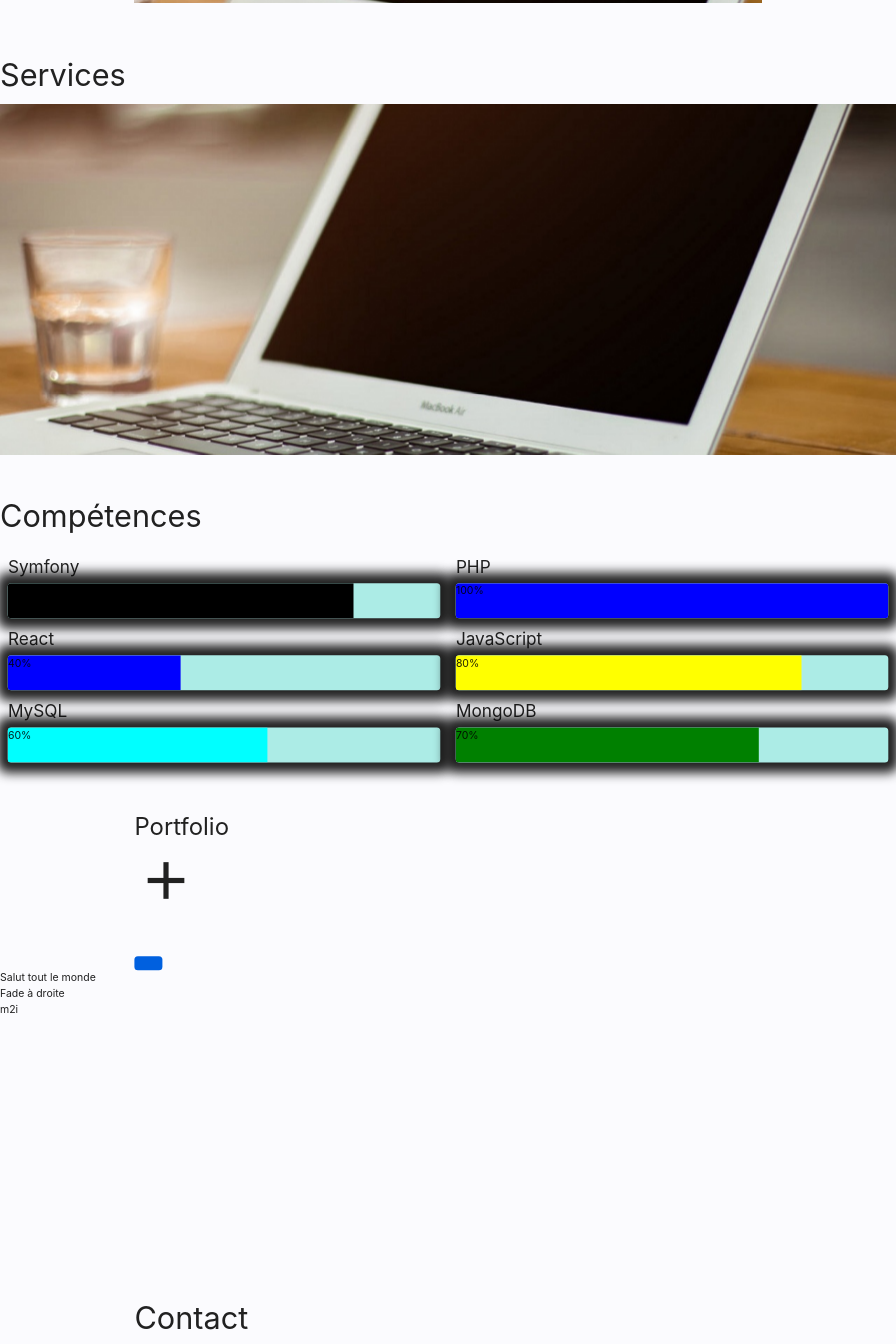
Repository: duncanidaho14/mavitrine
Page: index.html
These files come from the project's save history. The page is drawn as it stood at one moment and after a run of saves; the edit follows.
The browser window is 1280 px wide. The pictures show the part of the page from y = 1233 to 3153 px (the page is 4178 px tall), at 70% of full size.

Above is the page before, as saved 2021-06-15 19:33:16.

### index.html
<!DOCTYPE html>
<html lang="fr">
<head>
    <meta charset="UTF-8">
    <meta http-equiv="X-UA-Compatible" content="IE=edge">
    <meta name="viewport" content="width=device-width, initial-scale=1.0">
    <meta name="description" content="">
    <meta name="theme-color" content="#84db94">
    <!-- Compiled and minified CSS -->
    <link href="https://fonts.googleapis.com/icon?family=Material+Icons" rel="stylesheet">
    <link rel="stylesheet" href="https://cdnjs.cloudflare.com/ajax/libs/materialize/1.0.0/css/materialize.min.css">
    <link href="https://unpkg.com/aos@2.3.1/dist/aos.css" rel="stylesheet">
    <link rel="stylesheet" href="./assets/css/style.css">
    <title>Elhadi BEDDAREM</title>
</head>
<body>
<div class="inc">

    <header class="container-fluid">
        <div class="row">
            <nav class="navbar-fixed">
                <div class="nav-wrapper">
                    <a id="switch" onclick="toggleTheme()" class="waves-effect waves-light btn-large"><i class="material-icons">airplay</i></a>
                    <a href="#!" class="brand-logo">EB<i class="material-icons">cloud</i></a>
                    <ul class="right hide-on-med-and-down">
                        <li><a href="#services" class="sc"><i class="material-icons">search</i></a></li>
                        <li><a href="#competences"><i class="material-icons">view_module</i></a></li>
                        <li><a href="#parcours"><i class="material-icons">refresh</i></a></li>
                        <li><a href="#contact"><i class="material-icons">more_vert</i></a></li>
                    </ul>
                </div>
            </nav>
            <ul class="sidenav" id="mobile-demo">
                <li><a href="#quisuisje">Qui suis-je ?</a></li>
                <li><a href="#mestechno">Mes techno</a></li>
                <li><a href="#parcours">Parcours</a></li>
                <li><a href="#contact">Contact</a></li>
            </ul>
            <ul id="slide-out" class="sidenav">
                <li>
                    <div class="user-view">
                        <div class="background">
                            <img src="/assets/img/mysql.png" class="circle">
                        </div>
                        <a href="#user"><img class="circle" src="/assets/img/git.png"></a>
                        <a href="#name"><span class="black-text name">Elhadi Beddarem</span></a>
                        <a href="#email"><span class="black-text email">elhadibeddarem@gmail.com</span></a>
                    </div>
                </li>
                <li><a href="https://codeintheshell.fr" target="_blank"><i class="material-icons">cloud</i>Autre site : codeintheshell.fr</a></li>
                <li><a href="https://shtex.fr/">Autre site : shtex.fr</a></li>
                <li><a href="http://shtexworld.fr/">Autre site : shtexworld.fr</a></li>
                <li>
                    <div class="divider"></div>
                </li>
                <li><a class="subheader">séparateur</a></li>
                <li><a class="waves-effect" href="./assets/img/cvelhadi.pdf" download="cvelhadi"><i class="material-icons">cloud_download</i> CV Download</a></li>
            </ul>
            <a href="#" data-target="slide-out" class="sidenav-trigger"><i class="material-icons">menu</i></a>
        </div>
    </header>

    <section class="container">
        <article class="row">
            <h1 class="elhadi-title" data-aos="fade-right">Elhadi BEDDAREM</h1>
            <h2 data-aos="fade-left">Concepteur d'Application Web</h2>
            <div class="carousel" data-aos="zoom-in-left">
                <a class="carousel-item" href="#two!"><img src="./assets/img/react.png"></a>
                <a class="carousel-item" href="#one!"><img src="./assets/img/symfony.png"></a>
                <a class="carousel-item" href="#three!"><img src="./assets/img/mysql.png"></a>
                <a class="carousel-item" href="#four!"><img src="./assets/img/git.png"></a>
                <a class="carousel-item" href="#five!"><img src="./assets/img/javascript.png"></a>
            </div>

            <div class="parallax-container" data-aos="zoom-in-left">
                <div class="parallax">
                    <img src="./assets/img/ordinateur-de-bureau-pc.jpg" alt="ordinateur de bureau"/>
                </div>
            </div>
        </article>


    </section>

    <section class="container-fluid">
        <div id="services" class="section scrollspy"></div>
        <article class="row services">
            <h3>Services</h3>
            <div class="parallax-container" data-aos="zoom-in-right">
                <div class="parallax">
                    <img src="./assets/img/ordinateur-de-bureau-pc.jpg" alt="ordinateur de bureau"/>
                </div>
            </div>
        </article>
    </section>

    <section class="container-fluid section scrollspy" data-aos="fade-up" id="competences">
        <article class="row competences">
            <h3>Compétences</h3>

                <div class="col s6 ">
                    <h5 class="title-five">Symfony</h5>
                    <div class="progress bar">
                        <div class="determinate symfony" data-done="80">80%</div>
                    </div>
                    <h5 class="title-five">React</h5>
                    <div class="progress bar">
                        <div class="determinate react" data-done="40">40%</div>
                    </div>
                    <h5 class="title-five">MySQL</h5>
                    <div class="progress bar">
                        <div class="determinate mysql" data-done="60">60%</div>
                    </div>
                </div>
                <div class="col s6">
                    <h5 class="title-five">PHP</h5>
                    <div class="progress bar">
                        <div class="determinate php" data-done="100">100%</div>
                    </div>
                    <h5 class="title-five">JavaScript</h5>
                    <div class="progress bar">
                        <div class="determinate javascript" data-done="80">80%</div>
                    </div>
                    <h5 class="title-five">MongoDB</h5>
                    <div class="progress bar">
                        <div class="determinate mongodb" data-done="70">70%</div>
                    </div>
                </div>
        </article>

    </section>

    <aside class="container">
        <article class="row">
            <h4>Portfolio</h4>
            <p><i class="material-icons large">add</i></p>
            <div id="search" class="section scrollspy"></div>
        </article>
        <button></button>
    </aside>




<div data-aos="fade-up">Salut tout le monde</div>



<div data-aos="fade-right">Fade à droite</div>


<div class="fadeup" data-aos="fade-up"
    data-aos-anchor-placement="top-center">
        m2i
</div>
<section class="container">
    <article class="row">
        <h3>Contact</h3>
        <form action="./contact.php" method="POST">
            <input type="text" class="input-group-text" placeholder="nom">
            <input type="email" class="input-group-text" placeholder="email">
            <a class="waves-effect waves-light btn"><i class="material-icons right">cloud</i>Envoyer</a>        </form>

    </article>
</section>

    <footer>
        <p>
                En 2016, un ami m'a mis le pied à l'étriller en me montrant PHP et MySQL.
                Alors je me suis formé au joie du code et m'orienté dans le domaine du web.
                J'ai commencé à suivre des formations sur des plateformes gratuites telle que youtube, freecodecamp
                mais aussi payantes telle que udemy.
            </p>
            <p>En 2017, j'ai travaillé chez FTL Express, une société chinoise de livraison de colis.
                Nous avions pour projet une application d'impression de timbres postaux.
                Le but étant de facilité l'envoie de colis postaux vers la chine pour les personnes chinoises vivant en France. Ceux là leur simplifie  la vie puisqu'il n'ont pas
                à faire la queue à la poste pour l'envoie de leur colis.
                Coté front nous avons utilisé Vue JS et coté back Java. En temps que développeur front-end je suis responsable de la qualité de mon code<br>
                - Migration Vue 2.* et Int8 de l'application<br>
                - Implémentationde fonctionnalité d’importation de CSV
                - Test Unitaire et fonctionnel.<br>
                et de PDF<br>
                <span>Environnement technique: Vue JS, Node JS, Express,
                Element io, Chai, Mocha, SCRUM.</span>
            </p>

            <p>En 2018, j'ai travaillé pour la société Azzerisk Advantage basée à saint Mandé. AZZERISK Advantage est un cabinet indépendant et international proposant
            des solutions complètes en risk management. <br>
                    -         Installation de Cassandra sous windows 10<br>
                    -         Ajout de nouvelles règles de gestion<br>
                    -         Stockage en base de données NoSQL (Cassandra)<br>
                    -         Maintenance évolutive et corrective sur un logiciel de comparaison de stratégie de risk. <br>
                    -         Mise en forme de l’application grâce au flexbox<br>
                    Environnement technique : AngularJS, Oracle, Cassandra, REST, Elasticsearch
            </p>

            <p>En 2019, J'ai travaillé sur des projets personnels : <br>
                <a href="https://shtex.fr" target="_blank">https://shtex.fr</a> est un site en React JS. C'est une SPA connecté à une API REST (the MovieDB). <br>
                <a href="http://shtexworld.fr" target="_blank">https://shtexworld.fr</a> est un site en javascript. Le jeu Snake pour les amateurs ;)<br>
                <a href="http://shtexworld.com"target="_blank" >https://shtexworld.com</a> est un site en React JS. il permet de voir la valeur de la monnaie par rapport au dollar.<br>
            J'ai lu le livre "tête la première dans les design pattern" écrit par Eric Freeman.
            </p>

            <p>En 2020, Développeur fullstack d'une application de calcul du nutriscore avec une solution Symfony 4.3 (twig) :
                <br>
                <a href="https://www.coopin.io/coopincook" target="_blank" rel="noopener noreferrer">https://www.coopin.io/coopincook</a>
                <br>
                <a href="https://cook.readyplayerweb.com/" target="_blank" rel="noopener noreferrer">https://cook.readyplayerweb.com/</a>
                <br>
                Web Scrapping en php de recette de cuisine. Site cuisine AZ, Marmitton, journal des femmes. <br>
                Implémentation de différentes fonctionnalité comme facebook login, facebook share, google sign-in...
                dans le projet symfony.<br>
                Inscription à l'app, connexion à l'app. envoie de mail avec swiftmailer... <br>
                Importation de CSV dans la base de données grâce à une connexion ssh et scp. <br>
                Installation du bundle webpack encore...<br>
                Ecriture de doc technique...<br>
                Site Wordpress avec Elementor.io
            </p>
            <p>
                cours udemy :
                cours d'algo avec matthieu Gaston
                    - algo de tri
                    -
                Octobre 2020<br>
                cours js<br>
                requete HTTP <br>
                function asynchrone<br>
                cours web component HTML5
            </p>
        <div id="footer">
            <p>je fais des macro sur wow</p>
        </div>
    </footer>

</div>

    <!-- Compiled and minified JavaScript -->
    <script src="https://cdnjs.cloudflare.com/ajax/libs/jquery/3.6.0/jquery.js"></script>
    <script src="https://unpkg.com/@popperjs/core@2"></script>
    <script src="https://cdnjs.cloudflare.com/ajax/libs/materialize/1.0.0/js/materialize.min.js"></script>
    <script src="https://unpkg.com/aos@2.3.1/dist/aos.js"></script>
    <script src="./assets/js/index.js"></script>
    <script>
        AOS.init();
    </script>
</body>
</html>

### assets/css/style.css
@font-face {
    font-family: "aladin-v8-latin-regular";
    src:    url("/assets/static/aladin-v8-latin-regular.woff2") format("woff2"),
            url("/assets/static/aladin-v8-latin-regular.woff") format("woff");
}

.theme-light {
    --color-primary: #0060df;
    --color-secondary: #fbfbfe;
    --color-accent: #fd6f53;
    --color-info: #ff9f41;
    --color-prud: #ffcb99;
    --font-color: #000000;
}

.theme-dark {
    --color-primary: #17ed90;
    --color-secondary: #2e6770;
    --color-third: #ff9f41;
    --color-accent: #12cdea;
    --color-info: #00ffff;
    --color-prud: #730100;
    --font-color: #ffffff;
}



* {
    margin: 0;
    padding: 0;
    box-sizing: border-box;
}

html, body {
    scroll-behavior: smooth;
}

.navbar-fixed {
    margin-top: -80px;
    position: fixed;
    z-index: 999;
    background-color: #0060df;
}

a .sidenav-trigger {
    position: relative;
    margin-top: 140px;
    width: 40px;
    height: 40px;
    z-index: 9999;
}

header.container-fluid {
    margin-top: 80px;
    height: auto;
}

.up {
    background-color: bisque;
}

.fadeup {
    width: 200px;
    height: 400px;
}

.inc {

    background: var(--color-secondary);

}

.inc h1 {
    color: var(--font-color);
}

.inc button {
    width: 10px;
    height: 20px;
    color: var(--font-color);
    background: var(--color-primary);
    padding: 10px 20px;
    border: 0;
    border-radius: 5px;
}

#switch {
    background-color: rgba(128, 0, 49, .2);
    top: -5px;
}

.elhadi-title {
    color: #000000;

}

.determinate {
    position: absolute;
}


div.progress.bar {
    height: 50px;
    border-radius: 5px 5px 5px 5px;
    box-shadow: 0px 0px 15px 15px;
}
div.determinate.symfony {
    background-color: #000000;

    height: 50px;
}

.progress>.determinate.symfony {

    width: 0%;
}

.progress>.determinate.react {
    background-color: blue;
}

.progress>.determinate.mysql {
    background-color: aqua;

}

.progress>.determinate.php {
    background-color: blue;
}

.progress>.determinate.javascript {
    background-color: yellow;
}

.progress>.determinate.mongodb {
    background-color: green;
}

### assets/js/index.js
$(document).ready(function(){
    $(".dropdown-trigger").dropdown();
    $('.sidenav').sidenav();
    $('.carousel').carousel();
    $('.parallax').parallax();
    $('.scrollspy').scrollSpy();
});


let competences = document.querySelector(".competences");
let progress = document.querySelectorAll(".progress");
let determinate = document.querySelectorAll(".determinate");
const symfony = document.querySelector('.determinate.symfony');
const react = document.querySelector(".determinate.react");
const mysql = document.querySelector(".determinate.mysql");
const php = document.querySelector(".determinate.php");
const javascript = document.querySelector(".determinate.javascript");
const mongodb = document.querySelector(".determinate.mongodb");
const progressbar = document.querySelector(".progress.bar");

window.addEventListener('scroll', (e) => {

    if (window.scrollY > 650) {
        competences.classList.add('up');
        symfony.style.width = symfony.getAttribute('data-done') + '%';
        react.style.width = react.getAttribute('data-done') + '%';
        mysql.style.width = mysql.getAttribute('data-done') + '%';
        php.style.width = php.getAttribute('data-done') + '%';
        javascript.style.width = javascript.getAttribute('data-done') + '%';
        mongodb.style.width = mongodb.getAttribute('data-done') + '%';

    }else {
        competences.classList.remove('up');
    }
});

// function loader() {
//     for (let i = 0; i < determinate.length; i++) {
//         const element = determinate[i];

//         //console.log(element);
//         setTimeout(() => {
//             symfony.style.width = element.getAttribute('data-done') + '%';
//             console.log(symfony.style.width)

//         }, 1500);

//         setTimeout(() => {
//             react.style.width = element.getAttribute('data-done') + '%';
//             //console.log(react.style.width);
//             mysql.style.width = element.getAttribute('data-done') + '%';
//             //console.log(mysql.style.width);
//             php.style.width = element.getAttribute('data-done') + '%';
//             javascript.style.width = element.getAttribute('data-done') + '%';
//             mongodb.style.width = element.getAttribute('data-done') + '%';
//         }, 2600);

//     }

// }

/**
 * Permet d'afficher l'onglet d'une couleur différente
 * Ne marche que sur chrome Android
 * @returns Color
 */
function getRandomRGBValue() {
    return Math.min(Math.floor(Math.random() * 255 + 1), 255);
}

function getRandomColor() {
    var r = getRandomRGBValue(),
        g = getRandomRGBValue(),
        b = getRandomRGBValue();
    return "#" + (((1 << 24) + (r << 16) + (g << 8) + b).toString(16).slice(1));
}

function changeThemeColor() {
    var metaThemeColor = document.querySelector("meta[name=theme-color]");
    metaThemeColor.setAttribute("content", getRandomColor());
    setTimeout(function () {
        changeThemeColor();
    }, 3000);
}

changeThemeColor();


// function to set a given theme/color-scheme
function setTheme(themeName) {
    localStorage.setItem('theme', themeName);
    document.documentElement.className = themeName;
}
// function to toggle between light and dark theme
function toggleTheme() {
    if (localStorage.getItem('theme') === 'theme-dark') {
        setTheme('theme-light');
    } else {
        setTheme('theme-dark');
    }
}
// Immediately invoked function to set the theme on initial load
(function () {
    if (localStorage.getItem('theme') === 'theme-dark') {
        setTheme('theme-dark');
    } else {
        setTheme('theme-light');
    }
})();

After the next 3 saves:
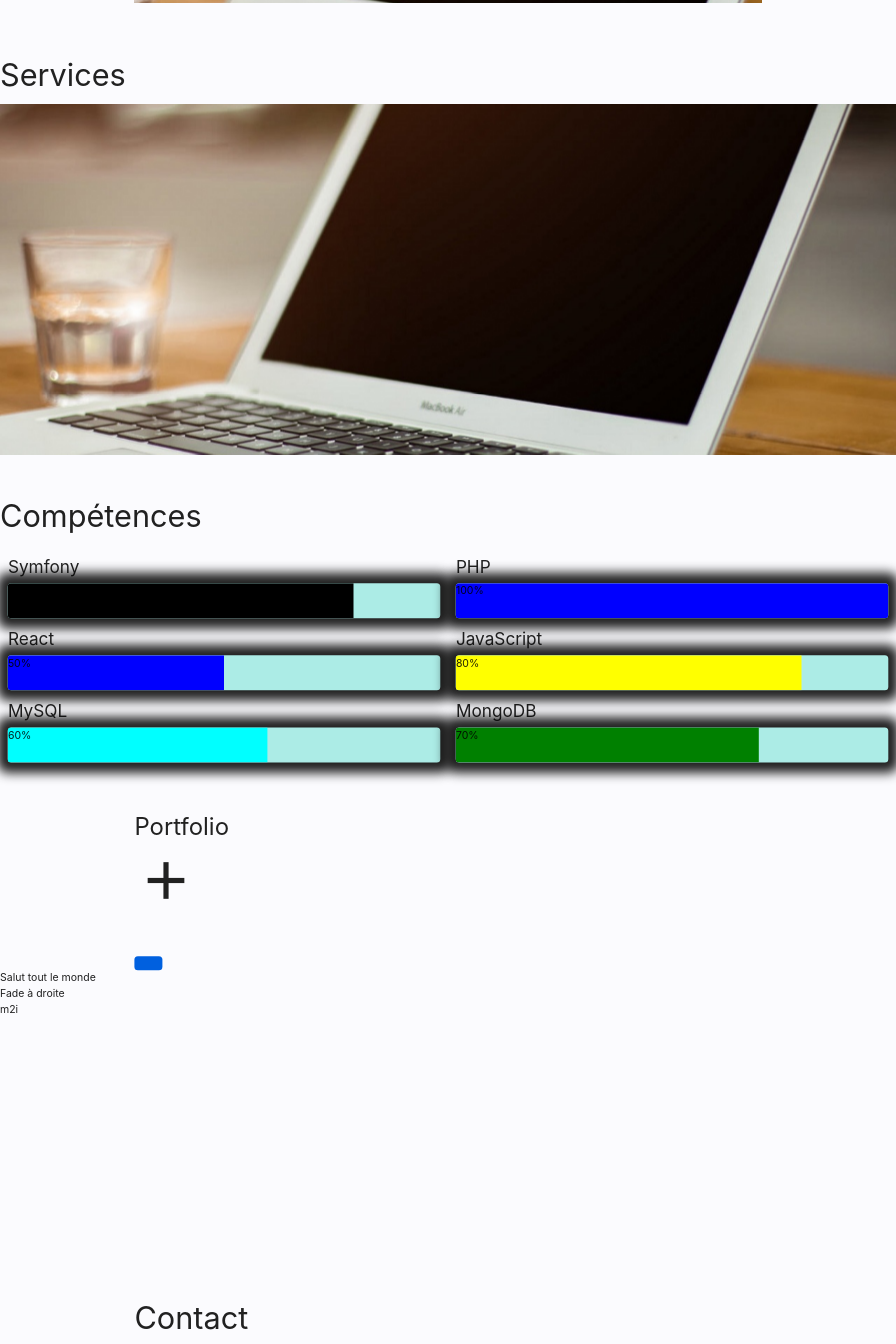
The 3 saves are shown as one change because they came seconds apart.
The last was saved 11 s later.
--- a/index.html
+++ b/index.html
@@ -105,7 +105,7 @@
                     </div>
                     <h5 class="title-five">React</h5>
                     <div class="progress bar">
-                        <div class="determinate react" data-done="40">40%</div>
+                        <div class="determinate react" data-done="50">50%</div>
                     </div>
                     <h5 class="title-five">MySQL</h5>
                     <div class="progress bar">
